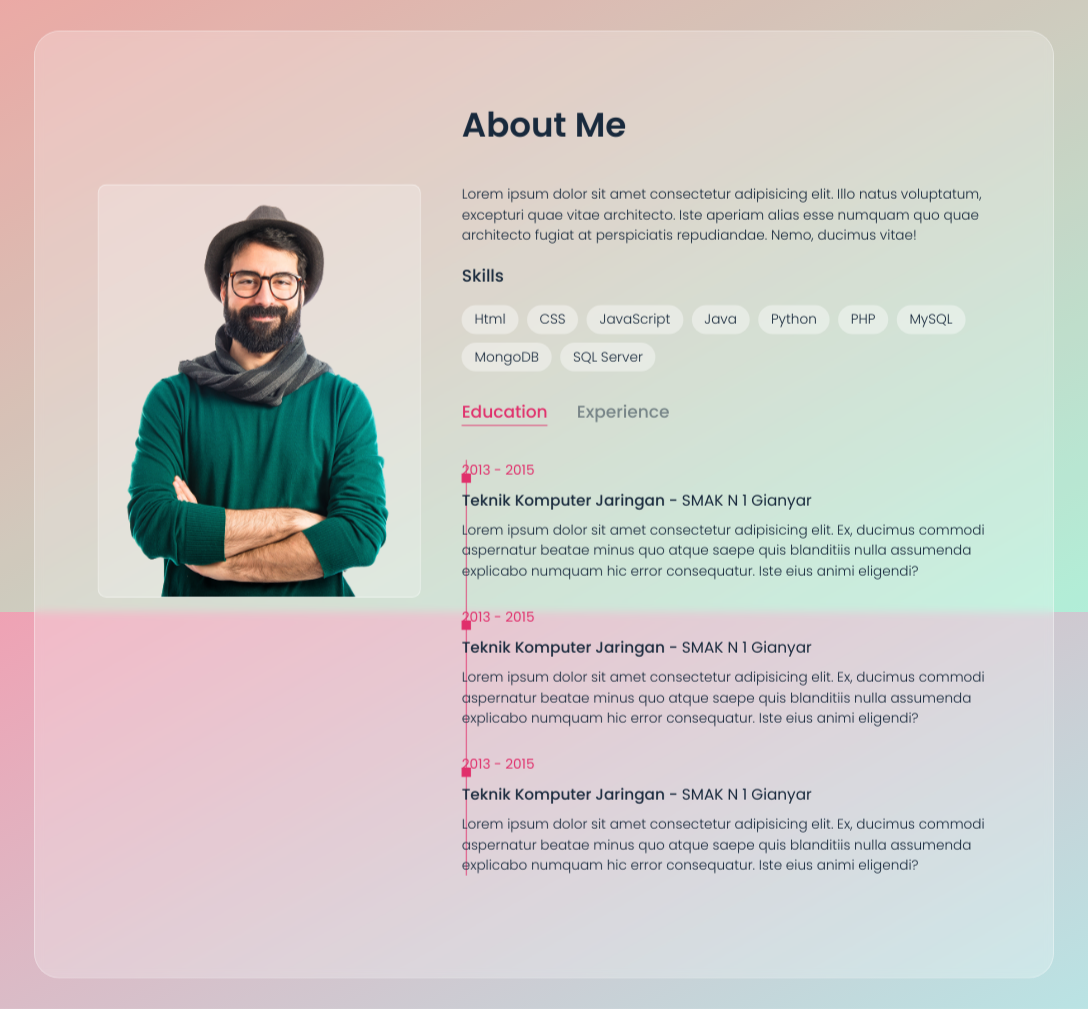
Repository: dewaary/Glassmorp-me
Page: index.html
The author's editor kept a copy of each file at every save. The page is drawn from the files as they stood at one save, then again after the next save.
The browser window is 1280 px wide. The pictures show the whole page, at 85% of full size.
Backgrounds fixed to the window are drawn as part of the page.

Above is the page before, as saved 2021-05-25 23:03:29.
Not found: js/script,js

After the next save:
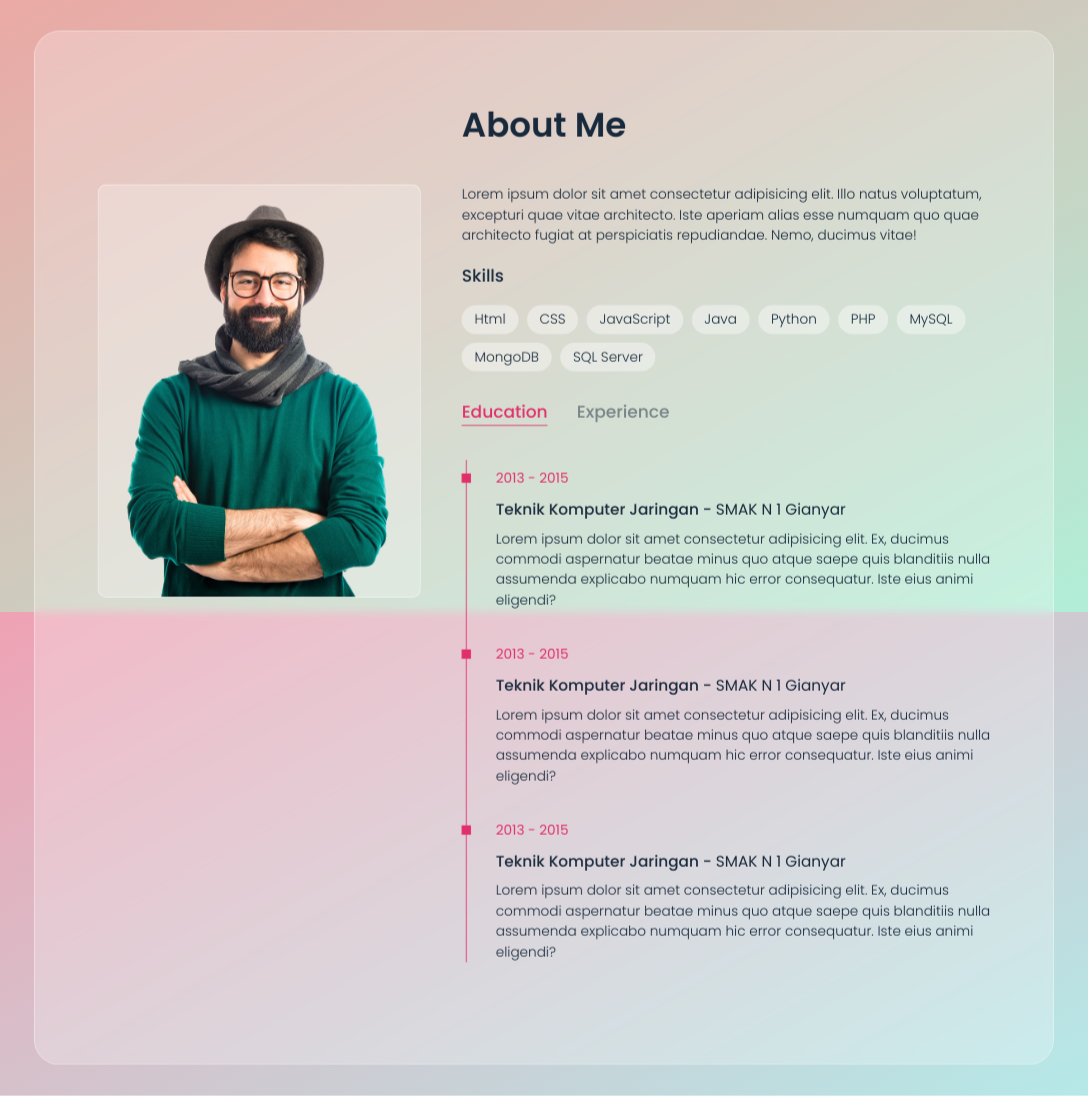
Saved 14 s later.
--- a/style.css
+++ b/style.css
@@ -351,7 +351,7 @@ Home Section */
 .about-text .timeline-item {
   margin-bottom: 30px;
   position: relative;
-  padding: 10px 0 0 40;
+  padding: 10px 0 0 40px;
 }
 
 .about-text .timeline-item::before{
